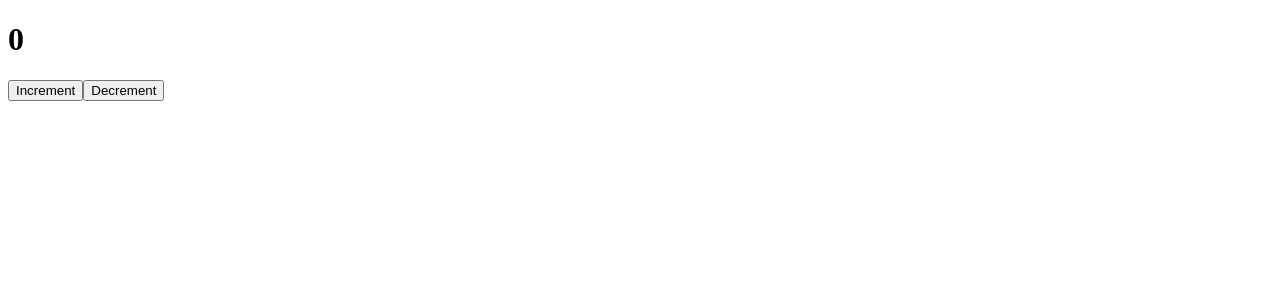
Repository: Ellisvelandia/react_introduction_test
Page: /
These files come from the project's save history. The page is drawn as it stood at one moment and after the next save; the edit follows.
The browser window is 1280 px wide. The pictures show the whole page.
The project was rebuilt for these pictures with package versions that can differ from the ones it lists, and the page was loaded fresh each time. Also part of the build but not shown: src/index.css.

Above is the page before, as saved 2022-08-15 19:30:55.

After the next save:
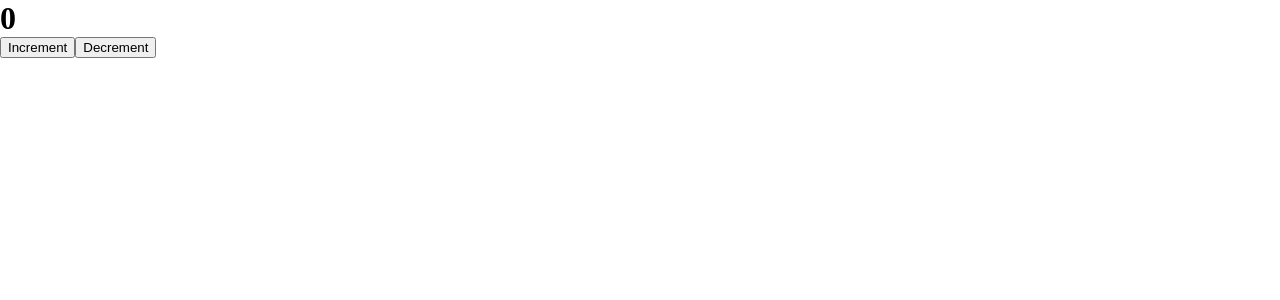
Saved 6 s later.
--- a/src/App.css
+++ b/src/App.css
@@ -1,3 +1,4 @@
 * {
-  margin
+  margin: 0;
+  padding
 }
